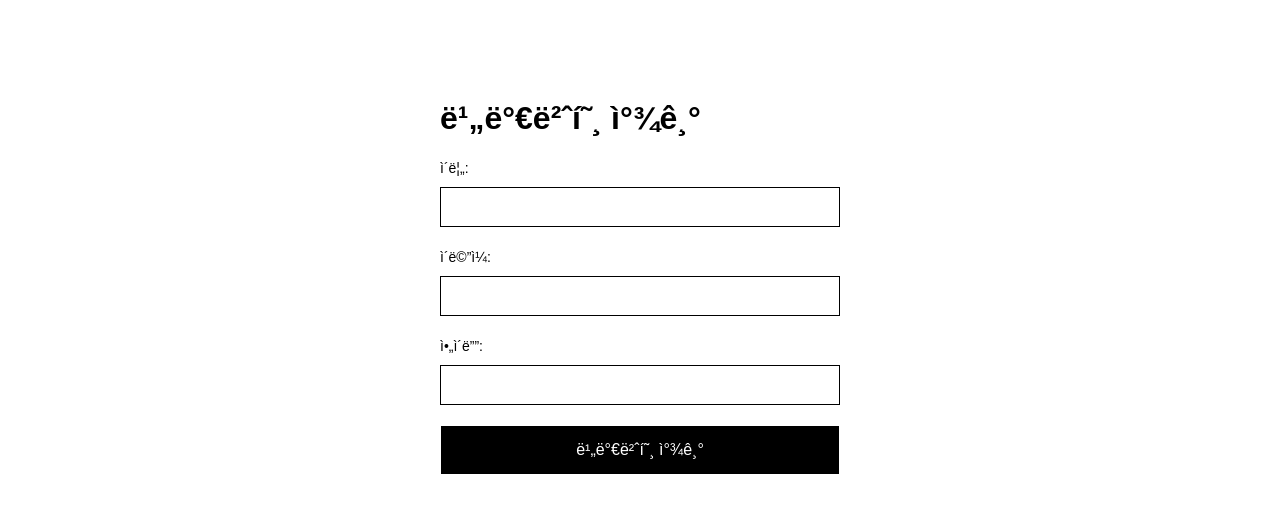
Repository: 0823-01/MonoLiving
Page: http://localhost/shoppingMall/views/member/pwReset.jsp
An editor plug-in stored every save of this project. The page is shown before and after the next save, followed by the edit.
The browser window is 1280 px wide. The pictures show the whole page.
The page is served by Tomcat 9.

Above is the page before, as saved 2024-10-28 04:56:32.

After the next save:
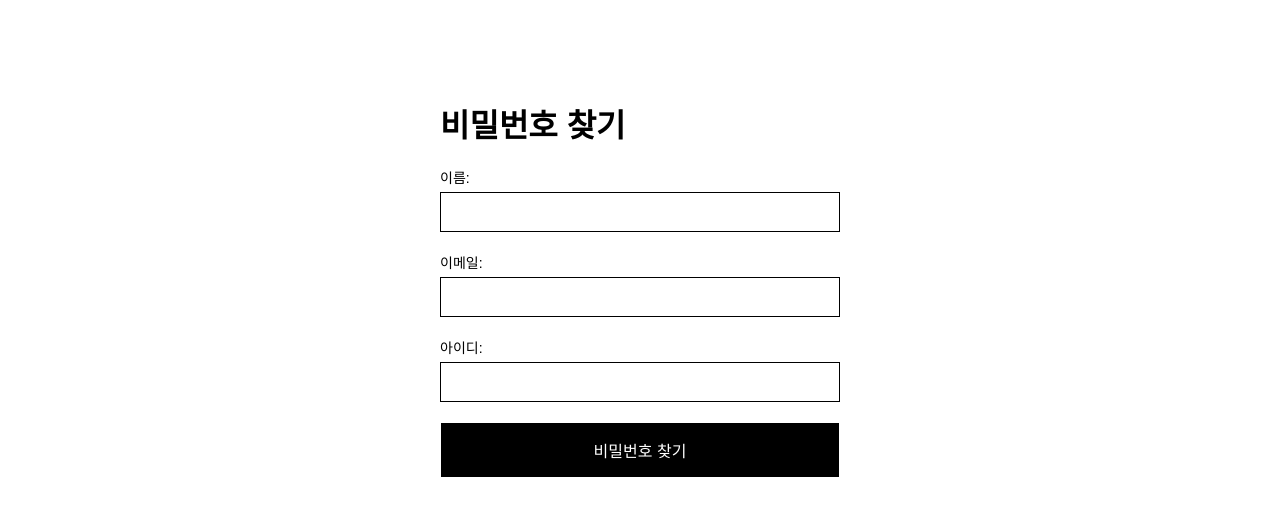
Saved 4 s later.
--- a/shoppingMall/src/main/webapp/views/member/pwReset.jsp
+++ b/shoppingMall/src/main/webapp/views/member/pwReset.jsp
@@ -1,3 +1,11 @@
+<%@ page language="java" contentType="text/html; charset=UTF-8"
+    pageEncoding="UTF-8" import="com.kh.member.model.vo.Member" %>
+
+<%
+String contextPath = request.getContextPath();
+
+%>
+
 <!DOCTYPE html>
 <html>
 <head>
@@ -23,36 +31,81 @@
                     },
                     success: function(response) {
                         if (response.status === 'success') {
-                            $('#resultMessage').html(`<p style="color: green;">${response.message}</p>`);
+                            alert(response.message);
+                            window.location.href = '<%= request.getContextPath() %>/views/member/findPasswordResult.jsp';
                         } else {
-                            $('#resultMessage').html('<p style="color: red;">입력한 정보에 일치하는 비밀번호가 없습니다</p>');
+                            alert("입력한 정보에 일치하는 비밀번호가 없습니다");
                         }
                     },
                     error: function(xhr, status, error) {
                         console.error('AJAX 요청 실패:', error);
-                        $('#resultMessage').html('<p style="color: red;">서버 오류가 발생했습니다. 다시 시도해 주세요.</p>');
                     }
                 });
+
+
             });
+
         });
     </script>
 
-    <style>
-        body { font-family: Arial, sans-serif; }
-        .container { width: 400px; margin: 100px auto; text-align: left; }
-        label { display: block; margin-bottom: 5px; font-size: 14px; }
-        input[type="text"], input[type="email"] { width: 100%; padding: 10px; margin-bottom: 20px; font-size: 16px; border: 1px solid #000; box-sizing: border-box; }
-        .link { margin-bottom: 20px; display: block; text-align: left; font-size: 14px; color: #000; }
-        .link:hover { text-decoration: underline; }
-        button { width: 100%; padding: 15px; background-color:black; color: white; border: 1px solid; cursor: pointer; font-size: 16px; }
-        button:hover { background-color:white; color: black; }
-        .cancel-btn { background-color: white; color: black; border: 1px solid #000; margin-top: 10px; }
-        #resultMessage { margin-top: 20px; font-size: 14px; }
-    </style>
+
+<style>
+    body {
+        font-family: Arial, sans-serif;
+    }
+    .container {
+        width: 400px;
+        margin: 100px auto;
+        text-align: left;
+    }
+    label {
+        display: block;
+        margin-bottom: 5px;
+        font-size: 14px;
+    }
+    input[type="text"], input[type="email"],input[type="id"]{
+        width: 100%;
+        padding: 10px;
+        margin-bottom: 20px;
+        font-size: 16px;
+        border: 1px solid #000;
+        box-sizing: border-box;
+    }
+    .link {
+        margin-bottom: 20px;
+        display: block;
+        text-align: left;
+        font-size: 14px;
+        color: #000;
+    }
+    .link:hover {
+        text-decoration: underline;
+    }
+    button {
+        width: 100%;
+        padding: 15px;
+        background-color:black;
+        color: white;
+        border: 1px solid;
+        cursor: pointer;
+        font-size: 16px;
+    }
+    button:hover {
+        background-color:white;
+        color: black;
+    }
+    .cancel-btn {
+        background-color: white;
+        color: black;
+        border: 1px solid #000;
+        margin-top: 10px;
+    }
+</style>
 </head>
 <body>
 
-<div class="container">
+
+    <div class="container">
     <h1>비밀번호 찾기</h1>
     <form id="findPasswordForm">
         <label for="userName">이름:</label>
@@ -63,9 +116,6 @@
         <input type="text" id="userId" name="userId" required><br>
         <button id="findPasswordButton">비밀번호 찾기</button>
     </form>
-    <!-- 결과 메시지 표시 영역 -->
-    <div id="resultMessage"></div>
 </div>
-
 </body>
 </html>

After the save that followed:
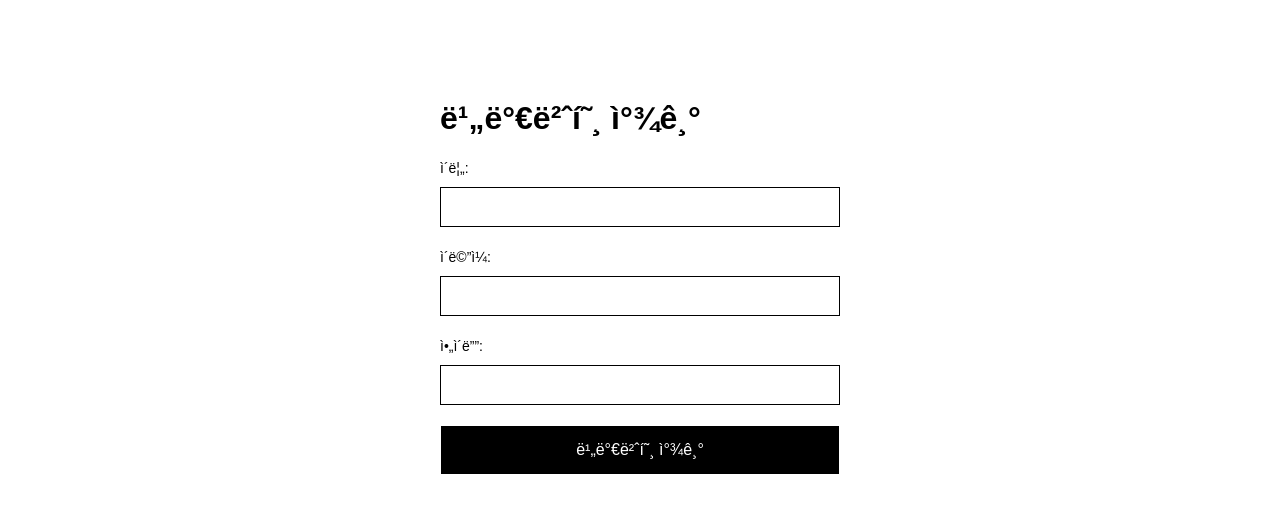
Saved 5 s later.
--- a/shoppingMall/src/main/webapp/views/member/pwReset.jsp
+++ b/shoppingMall/src/main/webapp/views/member/pwReset.jsp
@@ -1,11 +1,3 @@
-<%@ page language="java" contentType="text/html; charset=UTF-8"
-    pageEncoding="UTF-8" import="com.kh.member.model.vo.Member" %>
-
-<%
-String contextPath = request.getContextPath();
-
-%>
-
 <!DOCTYPE html>
 <html>
 <head>
@@ -31,81 +23,36 @@
                     },
                     success: function(response) {
                         if (response.status === 'success') {
-                            alert(response.message);
-                            window.location.href = '<%= request.getContextPath() %>/views/member/findPasswordResult.jsp';
+                            $('#resultMessage').html(`<p style="color: green;">${response.message}</p>`);
                         } else {
-                            alert("입력한 정보에 일치하는 비밀번호가 없습니다");
+                            $('#resultMessage').html('<p style="color: red;">입력한 정보에 일치하는 비밀번호가 없습니다</p>');
                         }
                     },
                     error: function(xhr, status, error) {
                         console.error('AJAX 요청 실패:', error);
+                        $('#resultMessage').html('<p style="color: red;">서버 오류가 발생했습니다. 다시 시도해 주세요.</p>');
                     }
                 });
-
-
             });
-
         });
     </script>
 
-
-<style>
-    body {
-        font-family: Arial, sans-serif;
-    }
-    .container {
-        width: 400px;
-        margin: 100px auto;
-        text-align: left;
-    }
-    label {
-        display: block;
-        margin-bottom: 5px;
-        font-size: 14px;
-    }
-    input[type="text"], input[type="email"],input[type="id"]{
-        width: 100%;
-        padding: 10px;
-        margin-bottom: 20px;
-        font-size: 16px;
-        border: 1px solid #000;
-        box-sizing: border-box;
-    }
-    .link {
-        margin-bottom: 20px;
-        display: block;
-        text-align: left;
-        font-size: 14px;
-        color: #000;
-    }
-    .link:hover {
-        text-decoration: underline;
-    }
-    button {
-        width: 100%;
-        padding: 15px;
-        background-color:black;
-        color: white;
-        border: 1px solid;
-        cursor: pointer;
-        font-size: 16px;
-    }
-    button:hover {
-        background-color:white;
-        color: black;
-    }
-    .cancel-btn {
-        background-color: white;
-        color: black;
-        border: 1px solid #000;
-        margin-top: 10px;
-    }
-</style>
+    <style>
+        body { font-family: Arial, sans-serif; }
+        .container { width: 400px; margin: 100px auto; text-align: left; }
+        label { display: block; margin-bottom: 5px; font-size: 14px; }
+        input[type="text"], input[type="email"] { width: 100%; padding: 10px; margin-bottom: 20px; font-size: 16px; border: 1px solid #000; box-sizing: border-box; }
+        .link { margin-bottom: 20px; display: block; text-align: left; font-size: 14px; color: #000; }
+        .link:hover { text-decoration: underline; }
+        button { width: 100%; padding: 15px; background-color:black; color: white; border: 1px solid; cursor: pointer; font-size: 16px; }
+        button:hover { background-color:white; color: black; }
+        .cancel-btn { background-color: white; color: black; border: 1px solid #000; margin-top: 10px; }
+        #resultMessage { margin-top: 20px; font-size: 14px; }
+    </style>
 </head>
 <body>
 
-
-    <div class="container">
+<div class="container">
     <h1>비밀번호 찾기</h1>
     <form id="findPasswordForm">
         <label for="userName">이름:</label>
@@ -116,6 +63,9 @@
         <input type="text" id="userId" name="userId" required><br>
         <button id="findPasswordButton">비밀번호 찾기</button>
     </form>
+    <!-- 결과 메시지 표시 영역 -->
+    <div id="resultMessage"></div>
 </div>
+
 </body>
 </html>
